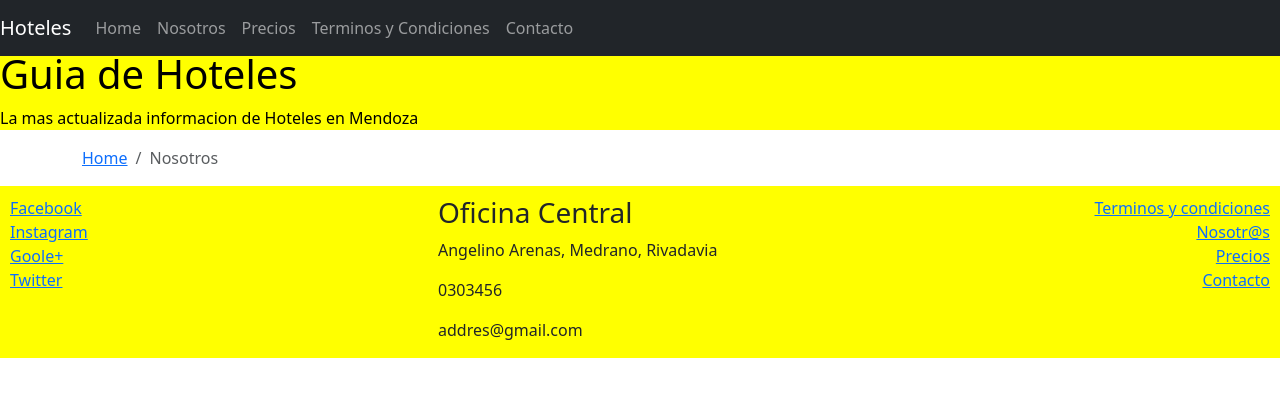
Repository: JulianMoralesSantoni/PaginaHoteles
Page: contacto.html
An editor plug-in stored every save of this project. The page is shown before and after the next save, followed by the edit.
The browser window is 1280 px wide. The page is 1282 px wide, so the pictures cover 1282 px, including what lies to the right of the window. The pictures show the whole page.
Some web libraries are served in a nearby version.

Above is the page before, as saved 2021-03-28 17:51:38.

### contacto.html
<!doctype html>
<html lang="en">
  <head>
    <!-- Required meta tags -->
    <meta charset="utf-8">
    <meta name="viewport" content="width=device-width, initial-scale=1, shrink-to-fit=no">

    <!-- Bootstrap CSS -->
    <link rel="stylesheet" href="node_modules/bootstrap/dist/css/bootstrap.min.css" >
    <link rel="stylesheet" href="css/main.css" >

    <title>Guia de Hoteles</title>
  </head>
  <body>
    <nav class="navbar navbar-expand-md navbar-dark bg-dark fixed-top" >
      <a class="navbar-brand" href="#">Hoteles</a>
      <button class="navbar-toggler" type="button" data-toggle="collapse" data-target="#navbarNav" aria-controls="navbarNav" aria-expanded="false" aria-label="Toggle navigation">
        <span class="navbar-toggler-icon"></span>
      </button>
      <div class="collapse navbar-collapse" id="navbarNav">
        <ul class="navbar-nav">
          <li class="nav-item">
            <a class="nav-link" href="./index.html">Home </a>
          </li>
          <li class="nav-item">
            <a class="nav-link" href="./about.html">Nosotros</a>
          </li>
          <li class="nav-item">
            <a class="nav-link" href="#">Precios</a>
          </li>
          <li class="nav-item">
            <a class="nav-link" href="#">Terminos y Condiciones</a>
          </li>
          <li class="nav-item active">
            <a class="nav-link" href="./contacto.html">Contacto</a>
          </li>

        </ul>
      </div>
    </nav>
    <div class="jumbotron">
      <h1>Guia de Hoteles</h1>

      <p>La mas actualizada informacion de Hoteles en Mendoza</p>
    </div>

    <div class="container">
      <nav aria-label="breadcrumb">
        <ol class="breadcrumb">
          <li class="breadcrumb-item"><a href="./index.html">Home</a></li>
          <li class="breadcrumb-item active" aria-current="page">Nosotros</li>
        </ol>
      </nav>


      <form action=""></form>

  </div>

 <footer>
   <div class="row">
     <div class="col-sm-4 d-flex flex-column ">
      <a href="http:www.facebook.com">Facebook</a>
      <a href="http:www.instagram">Instagram</a>
      <a href="http:www.google.com">Goole+</a>
      <a href="http:www.Twitter.com">Twitter</a>
     </div>
   <div class="col-sm-4">
    <address>
      <h3>Oficina Central</h3>
      <p>Angelino Arenas, Medrano, Rivadavia</p>
      <p>0303456</p>
      <p>addres@gmail.com</p>


    </address>
  </div>
  <div class="col-sm-4 d-flex flex-column align-items-end">
     <a href="http:www.facebook.com">Terminos y condiciones</a>
      <a href="http:www.instagram">Nosotr@s</a>
      <a href="http:www.google.com">Precios</a>
      <a href="http:www.Twitter.com">Contacto</a>


  </div>


 </footer>


    <!-- Optional JavaScript -->
    <!-- jQuery first, then Popper.js, then Bootstrap JS -->
 <!--<script src="node_modules/jquery/dist/jquery.min.js" integrity="sha384-DfXdz2htPH0lsSSs5nCTpuj/zy4C+OGpamoFVy38MVBnE+IbbVYUew+OrCXaRkfj" crossorigin="anonymous"></script>
    <script src="node_modules/popper.js/dist/popper.min.js" integrity="sha384-9/reFTGAW83EW2RDu2S0VKaIzap3H66lZH81PoYlFhbGU+6BZp6G7niu735Sk7lN" crossorigin="anonymous"></script>
    <script src="node_modules/bootstrap/dist/js/bootstrap.min.js" integrity="sha384-B4gt1jrGC7Jh4AgTPSdUtOBvfO8shuf57BaghqFfPlYxofvL8/KUEfYiJOMMV+rV" crossorigin="anonymous"></script> -->
    <script src="https://code.jquery.com/jquery-3.5.1.slim.min.js" integrity="sha384-DfXdz2htPH0lsSSs5nCTpuj/zy4C+OGpamoFVy38MVBnE+IbbVYUew+OrCXaRkfj" crossorigin="anonymous"></script>
<script src="https://cdn.jsdelivr.net/npm/bootstrap@4.5.3/dist/js/bootstrap.bundle.min.js" integrity="sha384-ho+j7jyWK8fNQe+A12Hb8AhRq26LrZ/JpcUGGOn+Y7RsweNrtN/tE3MoK7ZeZDyx" crossorigin="anonymous"></script>
  </body>
</html>

### css/main.css
.jumbotron{

	background-color: yellow;
	color:black;
	margin-top: 50px;

}


footer{
	padding: 10px 10px 0 10px;
	background-color: yellow;

	margin-bottom: : 0px;
	margin-top: 10px;

}
.card-hotel{
	flex: 1 150px;
	padding: 2px 5px 2px 5px;

}
.btn-reserva{
	width: 100%;
	position: all;


}
.footer-address-icon{

	padding-right: 20px;
}

After the next save:
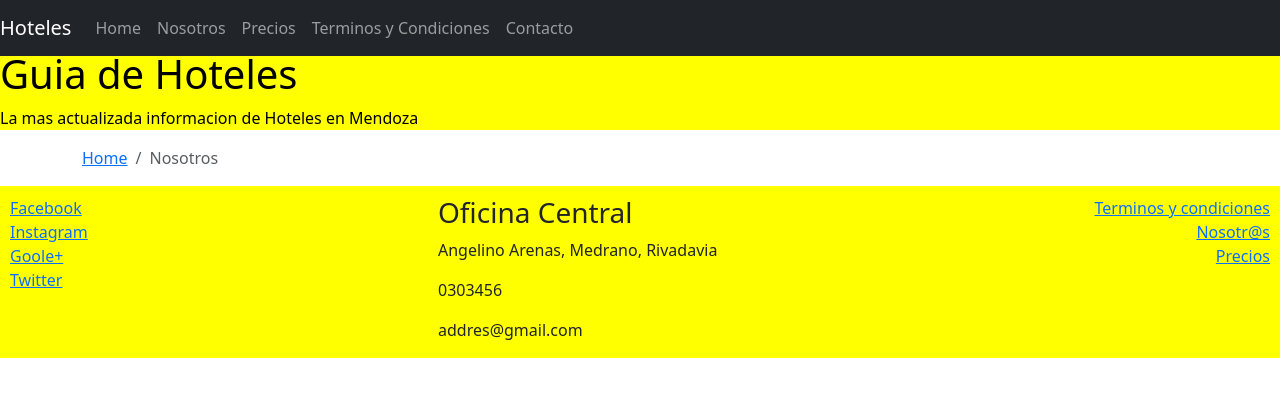
Saved 110 s later.
--- a/contacto.html
+++ b/contacto.html
@@ -79,7 +79,7 @@
      <a href="http:www.facebook.com">Terminos y condiciones</a>
       <a href="http:www.instagram">Nosotr@s</a>
       <a href="http:www.google.com">Precios</a>
-      <a href="http:www.Twitter.com">Contacto</a>
+
 
 
   </div>
